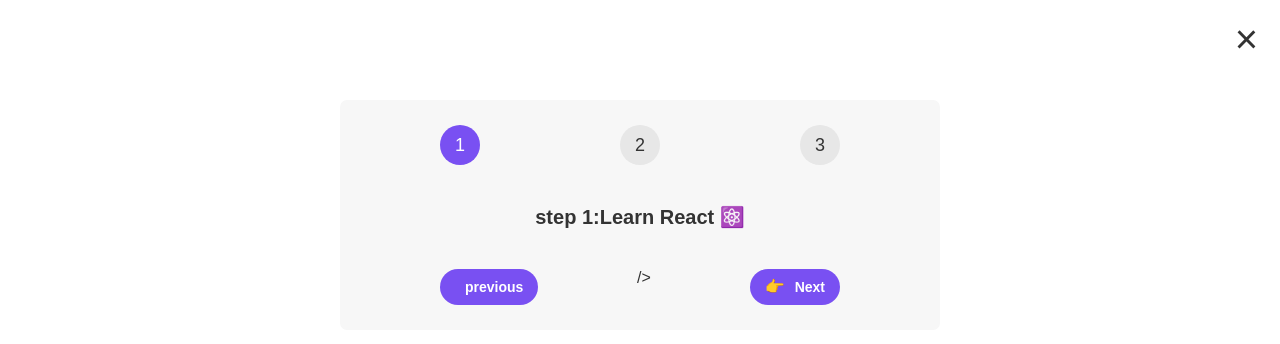
Repository: masamichan/steps
Page: /
These files come from the project's save history. The page is drawn as it stood at one moment and after the next save; the edit follows.
The browser window is 1280 px wide. The pictures show the whole page.
The project was rebuilt for these pictures with package versions that can differ from the ones it lists, and the page was loaded fresh each time.

Above is the page before, as saved 2024-01-23 09:20:05.

After the next save:
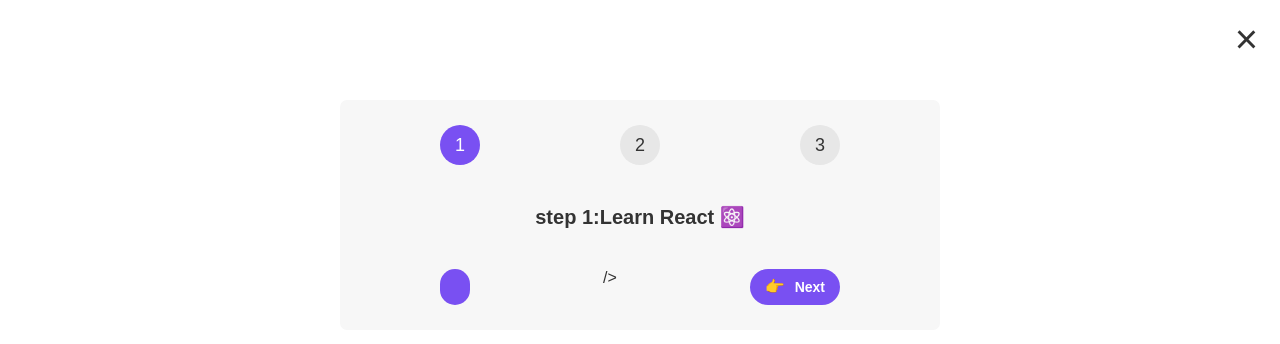
Saved 75 s later.
--- a/src/App.js
+++ b/src/App.js
@@ -37,13 +37,7 @@ export default function App() {
             step {step}:{messages[step - 1]}
           </p>
           <div className="buttons">
-            <Button
-              bgColor="#7950f2"
-              textColor="#fff"
-              onClick={handlePrevious}
-              text="previous"
-              emoji=""
-            >
+            <Button bgColor="#7950f2" textColor="#fff" onClick={handlePrevious}>
               <span>👈</span> Previous
             </Button>
             />
